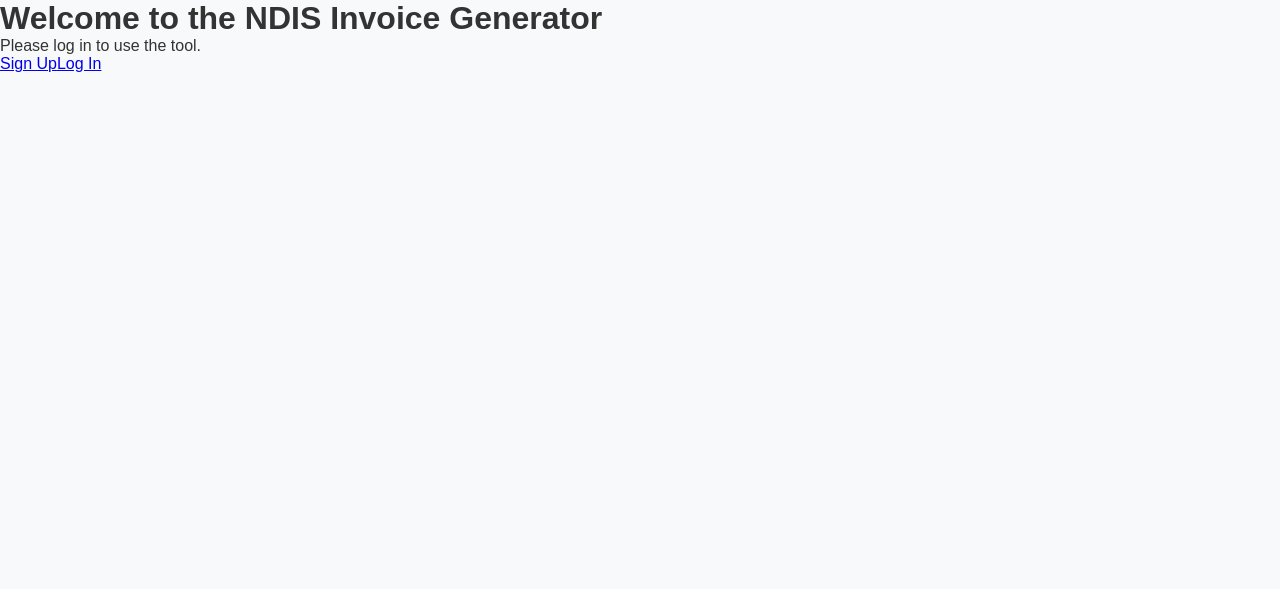
Repository: shreeyanshujha/ndis-invoice-generator
Page: /
The author's editor kept a copy of each file at every save. The page is drawn from the files as they stood at one save, then again after the next save.
The browser window is 1280 px wide. The pictures show the whole page.
The project was rebuilt for these pictures with package versions that can differ from the ones it lists, and the page was loaded fresh each time. The framework's server and built-in components were replaced by stand-ins that run in the browser. Also part of the build but not shown: next.config.mjs.

Above is the page before, as saved 2025-04-03 12:00:26.

After the next save:
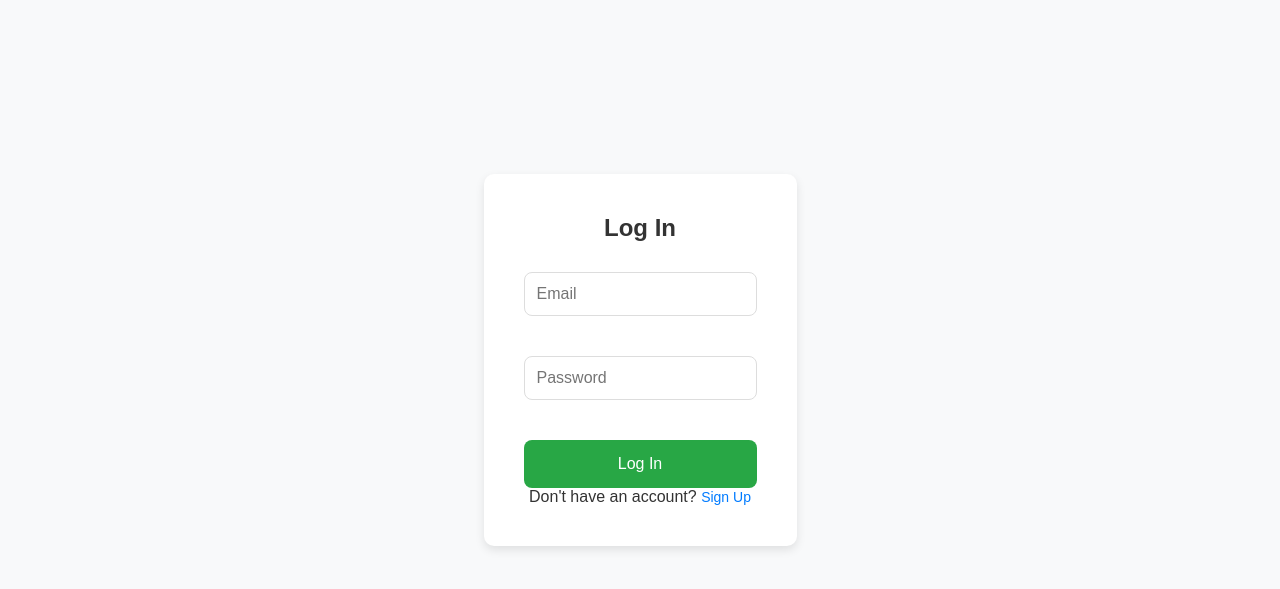
Saved 16 min 34 s later.
--- a/pages/index.js
+++ b/pages/index.js
@@ -1,7 +1,7 @@
 import { useState, useEffect } from 'react';
 import { useRouter } from 'next/router';
 import { auth } from '../lib/firebase';
-import { onAuthStateChanged, signOut } from 'firebase/auth';
+import { signOut, onAuthStateChanged } from 'firebase/auth';
 import Link from 'next/link';
 
 export default function Home() {
@@ -9,45 +9,40 @@
   const router = useRouter();
 
   useEffect(() => {
-    // Check for user authentication state
     const unsubscribe = onAuthStateChanged(auth, (user) => {
       setUser(user);
     });
 
-    // Cleanup subscription on unmount
     return () => unsubscribe();
   }, []);
 
   const handleLogout = () => {
-    signOut(auth); // Sign out the user
-    router.push('/login'); // Redirect to login page
+    signOut(auth);
+    router.push('/login');
+  };
+
+  const handleGenerateInvoice = () => {
+    router.push('/invoice'); // Redirect to invoice generator page
   };
 
   return (
-    <div className="user-home">
-      {/* Check if user is logged in */}
+    <div className="container">
       {user ? (
-        <div className="user-info">
+        <div className="welcome-container">
           <h1>Welcome, {user.email}</h1>
-          <button onClick={handleLogout} className="logout-btn">
-            Log Out
-          </button>
-          {/* Invoice Generator Button */}
-          <Link href="/invoice">
-            <button className="generate-invoice-btn">Generate Invoice</button>
-          </Link>
+          <button className="logout-btn" onClick={handleLogout}>Log Out</button>
+          <button className="generate-invoice-btn" onClick={handleGenerateInvoice}>Generate Invoice</button>
         </div>
       ) : (
-        <div className="landing-content">
-          <h1>Welcome to the NDIS Invoice Generator</h1>
-          <p>Please log in to use the tool.</p>
-          <div className="cta-buttons">
-            <Link href="/signup">
-              <a className="cta-btn">Sign Up</a>
-            </Link>
-            <Link href="/login">
-              <a className="cta-btn">Log In</a>
-            </Link>
+        <div className="auth-container">
+          <div className="auth-form">
+            <h2>Log In</h2>
+            <form>
+              <input type="email" placeholder="Email" required />
+              <input type="password" placeholder="Password" required />
+              <button type="submit">Log In</button>
+            </form>
+            <p>Don't have an account? <Link href="/signup">Sign Up</Link></p>
           </div>
         </div>
       )}
